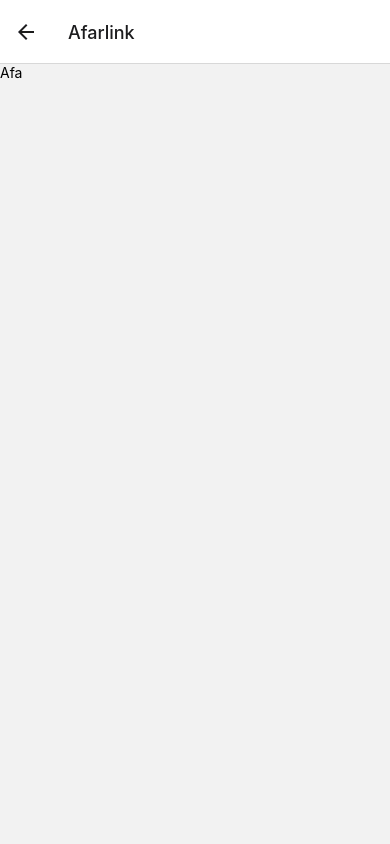
Repository: abdurehmanali611/Assunah_TV
Screen: /Afarlink
These files come from the project's save history. The screen is drawn as it stood at one moment and after a run of saves; the edit follows.
The app was drawn by React Native's web renderer in a window 390 px wide. The project was rebuilt for these pictures with package versions that can differ from the ones it lists, and the page was loaded fresh each time. Also part of the build but not shown: Components/Login.js, Components/SignUp.js, Constants/Home.js, Constants/AboutUs.js, Constants/Contacts.js, Constants/AssunahFolder.js, Constants/AssunahKids.js, Constants/AdditionalExtra.js and 28 more.

Above is the screen before, as saved 2023-12-27 00:03:05.

After the next 2 saves:
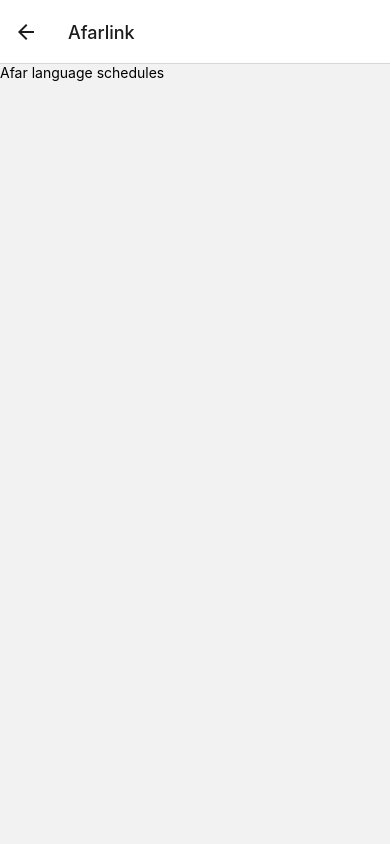
The 2 saves are shown as one change because they came seconds apart.
The last was saved 8 s later.
--- a/Program_Links/Afarlink.js
+++ b/Program_Links/Afarlink.js
@@ -5,7 +5,7 @@ import { View } from "react-native";
 const Afarlink = () => {
 
     return <View>
-        <Text>Afa</Text>
+        <Text>Afar language schedules</Text>
     </View>
 
 }
